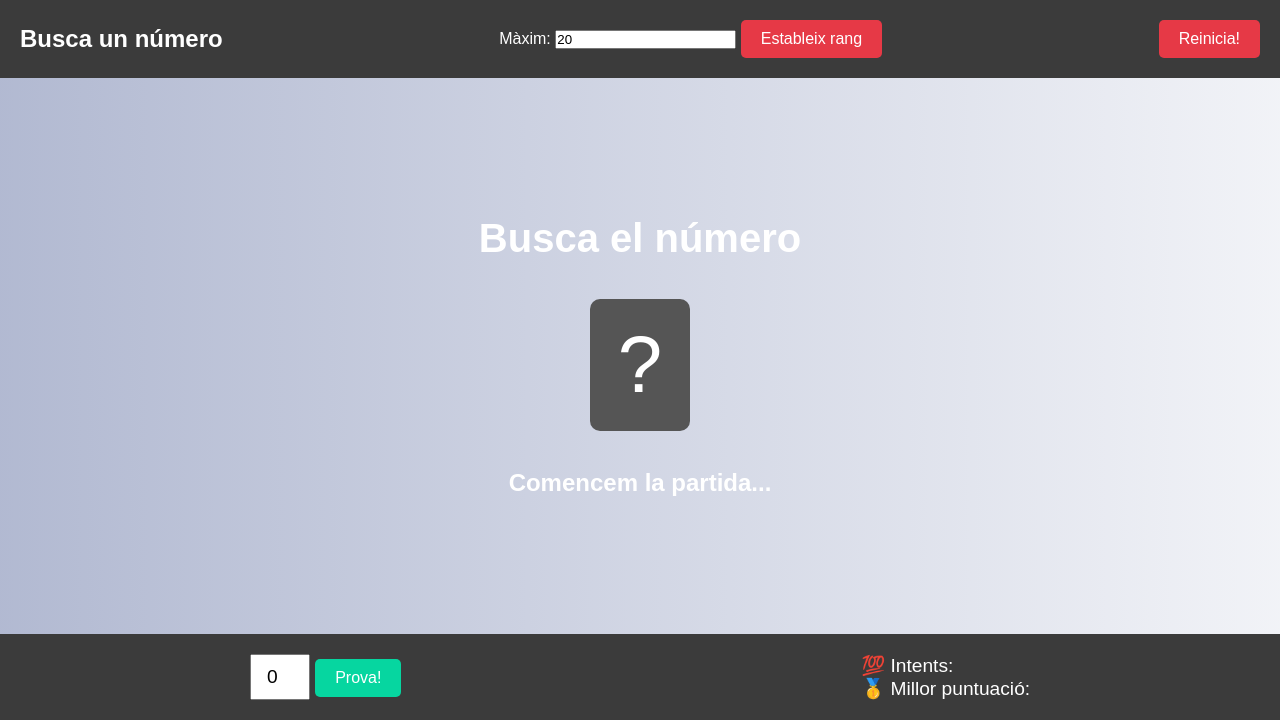
Repository: rdalmau23/M06_01
Page: index.html
The author's editor kept a copy of each file at every save. The page is drawn from the files as they stood at one save, then again after the next save.
The browser window is 1280 px wide. The pictures show the whole page.
After loading, the first visible `#reset` was clicked once.

Above is the page before, as saved 2024-10-11 12:49:40.

### index.html
<!DOCTYPE html>
<html lang="en">
<head>
    <meta charset="UTF-8">
    <meta name="viewport" content="width=device-width, initial-scale=1.0">
    <title>Endivina el número</title>
    <link rel="stylesheet" href="style.css">
    <script src="script.js" defer></script>
</head>
<body>
    <header>
        <h2>Busca un número</h2>
        <div>
        <label for="max">Màxim:</label>
        <input type="number" id="max" value="20">
        <button onclick="setRange()">Estableix rang</button>
    </div>
        <button onclick="resetGame()" id="reset">Reinicia!</button>
    </header>
    <main id="main">
        <h1>Busca el número</h1> <br>
        <div id="display-num">?</div> <br>
        <h3 id="display-result">Comencem la partida...</h3>
    </main>
    <footer>
        <div>
            <input type="number" value="0" id="num">
        <button onclick="playGame()" id="play">Prova!</button>
        </div>
        <div>
            <div id="display-jugades">💯 Intents: </div>
        <div id="display-puntuacio">🥇 Millor puntuació: </div>
        </div>
    </footer>
</body>
</html>

### style.css
* {
    margin: 0;
    padding: 0;
    box-sizing: border-box;
  }

  body {
    font-family: Arial, sans-serif;
    height: 100vh;
    display: flex;
    flex-direction: column;
    justify-content: space-between;
    background: linear-gradient(270deg, #ffffff, #001969);
    background-size: 400% 400%;
    animation: gradient-animation 12s ease infinite;
    position: relative;
  }

  @keyframes gradient-animation {
    0% {
      background-position: 0% 50%;
    }
    50% {
      background-position: 100% 50%;
    }
    100% {
      background-position: 0% 50%;
    }
  }

  header {
    background-color: #3b3b3b;
    color: white;
    padding: 20px;
    text-align: center;
    display: flex;
    justify-content: space-between;
    align-items: center;
  }

  header h2 {
    margin: 0;
  }

  header button {
    background-color: #e63946;
    border: none;
    color: white;
    padding: 10px 20px;
    cursor: pointer;
    border-radius: 5px;
    font-size: 16px;
    transition: background-color 0.3s ease;
  }

  header button:hover {
    background-color: #d62839;
  }

  main {
    flex-grow: 1;
    display: flex;
    flex-direction: column;
    justify-content: center;
    align-items: center;
  }

  main h1 {
    font-size: 2.5rem;
    color: white;
  }

  #display-num {
    font-size: 5rem;
    background-color: #555555;
    color: white;
    padding: 20px;
    width: 100px;
    text-align: center;
    border-radius: 10px;
    margin: 20px 0;
  }

  main h3 {
    font-size: 1.5rem;
    color: white;
  }

  footer {
    background-color: #3b3b3b;
    padding: 20px;
    display: flex;
    justify-content: space-around;
    align-items: center;
  }

  footer input[type="number"] {
    width: 60px;
    padding: 10px;
    font-size: 1.2rem;
    text-align: center;
  }

  footer button {
    background-color: #06d6a0;
    border: none;
    color: white;
    padding: 10px 20px;
    cursor: pointer;
    border-radius: 5px;
    font-size: 16px;
    transition: background-color 0.3s ease;
  }

  footer button:hover {
    background-color: #04b383;
  }

  footer div {
    font-size: 1.2rem;
    color: #ffffff;
  }

  /* Ajustes Responsive */
  @media (max-width: 600px) {
    header, footer {
      flex-direction: column;
      gap: 10px;
    }

    #display-num {
      font-size: 4rem;
      width: 80px;
    }

    footer button {
      font-size: 14px;
    }
  }

### script.js
let numero1;
let userInput = 0;
let intents = 0;
let millorPunt = Infinity;

function setRange() {
    const max = parseInt(document.getElementById("max").value);
    if (max <= 1) {
        alert("El valor màxim ha de ser major que 1.");
        return;
    }
    numero1 = Math.floor(Math.random() * max) + 1;
    intents = 0;
    document.getElementById("display-num").innerHTML = "?";
    document.getElementById("display-result").innerHTML = "Comencem la partida...";
    document.getElementById("main").style.backgroundColor = "";
    document.getElementById("display-jugades").innerHTML = `💯 Jugades: 0`;
    document.getElementById("display-puntuacio").innerHTML = "";
}

function playGame() {
    if (!numero1) {
        alert("Si us plau, establix el rang abans de jugar!");
        return;
    }

    userInput = parseInt(document.getElementById("num").value);
    if (userInput !== numero1) {
        intents++;
        if (userInput < numero1) {
            sortida = `El ${userInput} és massa petit, torna a provar.`;
            document.getElementById("main").style.backgroundColor = "red";
        } else {
            sortida = `El ${userInput} és massa gran, torna a provar.`;
            document.getElementById("main").style.backgroundColor = "red";
        }
    } else {
        intents++;
        sortida = `Has endivinat el número!`;
        document.getElementById("display-num").innerHTML = numero1;
        document.getElementById("main").style.backgroundColor = "green";
        if (intents < millorPunt) {
            millorPunt = intents;
            document.getElementById("display-puntuacio").innerHTML = `🥇 Millor puntuació: ${millorPunt}`;
        }
    }
    document.getElementById("display-jugades").innerHTML = `💯 Intents: ${intents}`;
    document.getElementById("display-result").innerHTML = `${sortida}`;
    document.getElementById("num").select();
}

function resetGame() {
    document.getElementById("display-num").innerHTML = "?";
    document.getElementById("display-result").innerHTML = "Comencem la partida...";
    intents = 0;
    document.getElementById("main").style.backgroundColor = "";
}

After the next save:
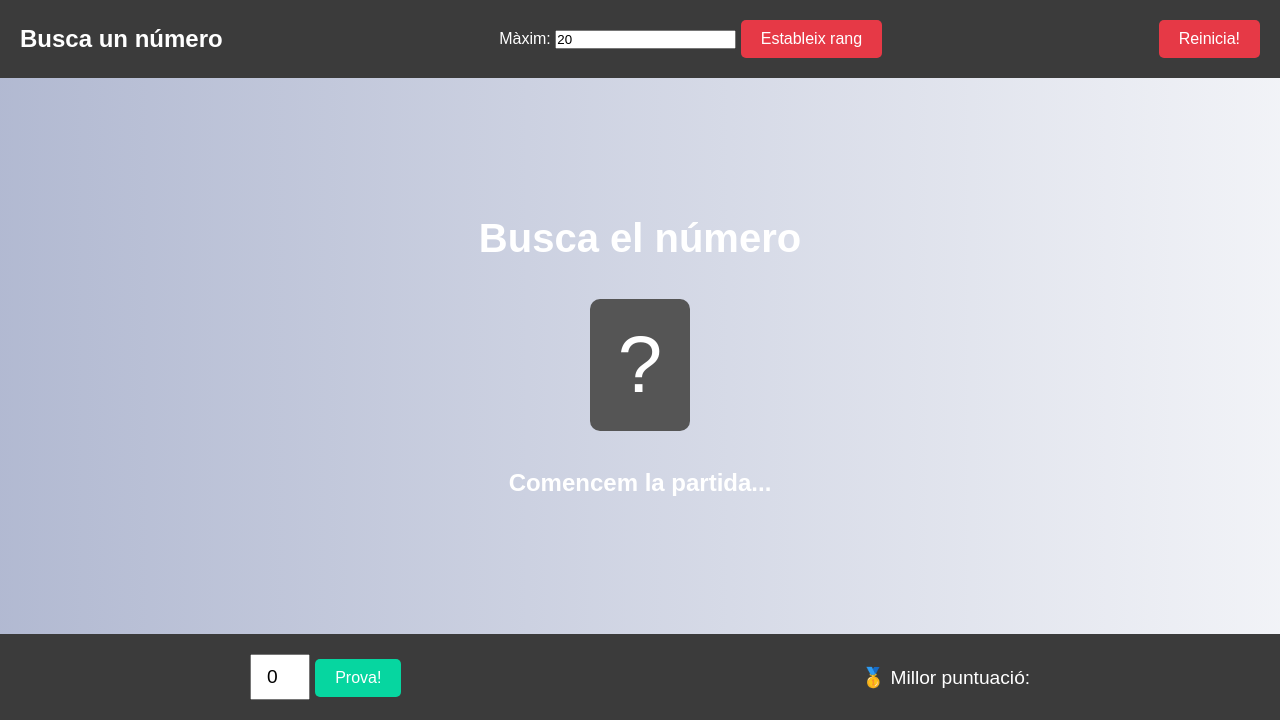
Saved 50 s later.
--- a/script.js
+++ b/script.js
@@ -53,5 +53,6 @@
     document.getElementById("display-num").innerHTML = "?";
     document.getElementById("display-result").innerHTML = "Comencem la partida...";
     intents = 0;
+    document.getElementById("display-jugades").innerHTML = " ";
     document.getElementById("main").style.backgroundColor = "";
 }

After the save that followed:
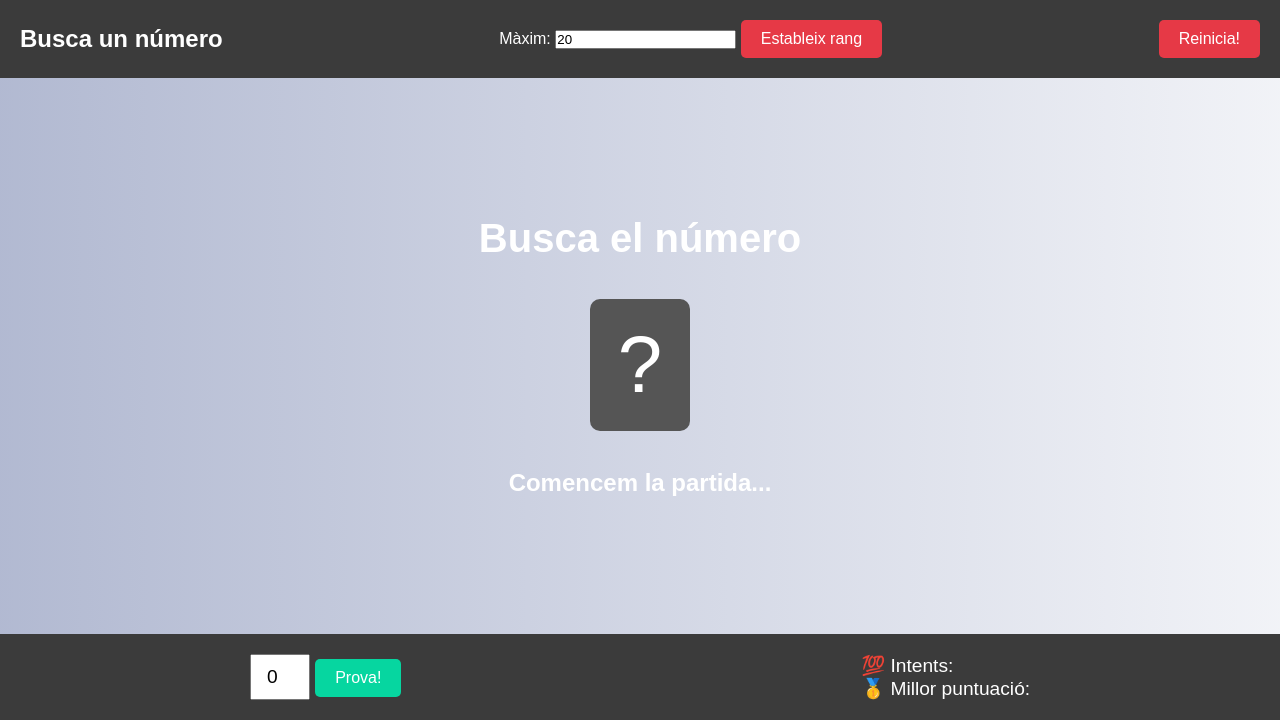
Saved 19 s later.
--- a/script.js
+++ b/script.js
@@ -53,6 +53,6 @@
     document.getElementById("display-num").innerHTML = "?";
     document.getElementById("display-result").innerHTML = "Comencem la partida...";
     intents = 0;
-    document.getElementById("display-jugades").innerHTML = " ";
+    document.getElementById("display-jugades").innerHTML = "💯 Intents:";
     document.getElementById("main").style.backgroundColor = "";
 }
